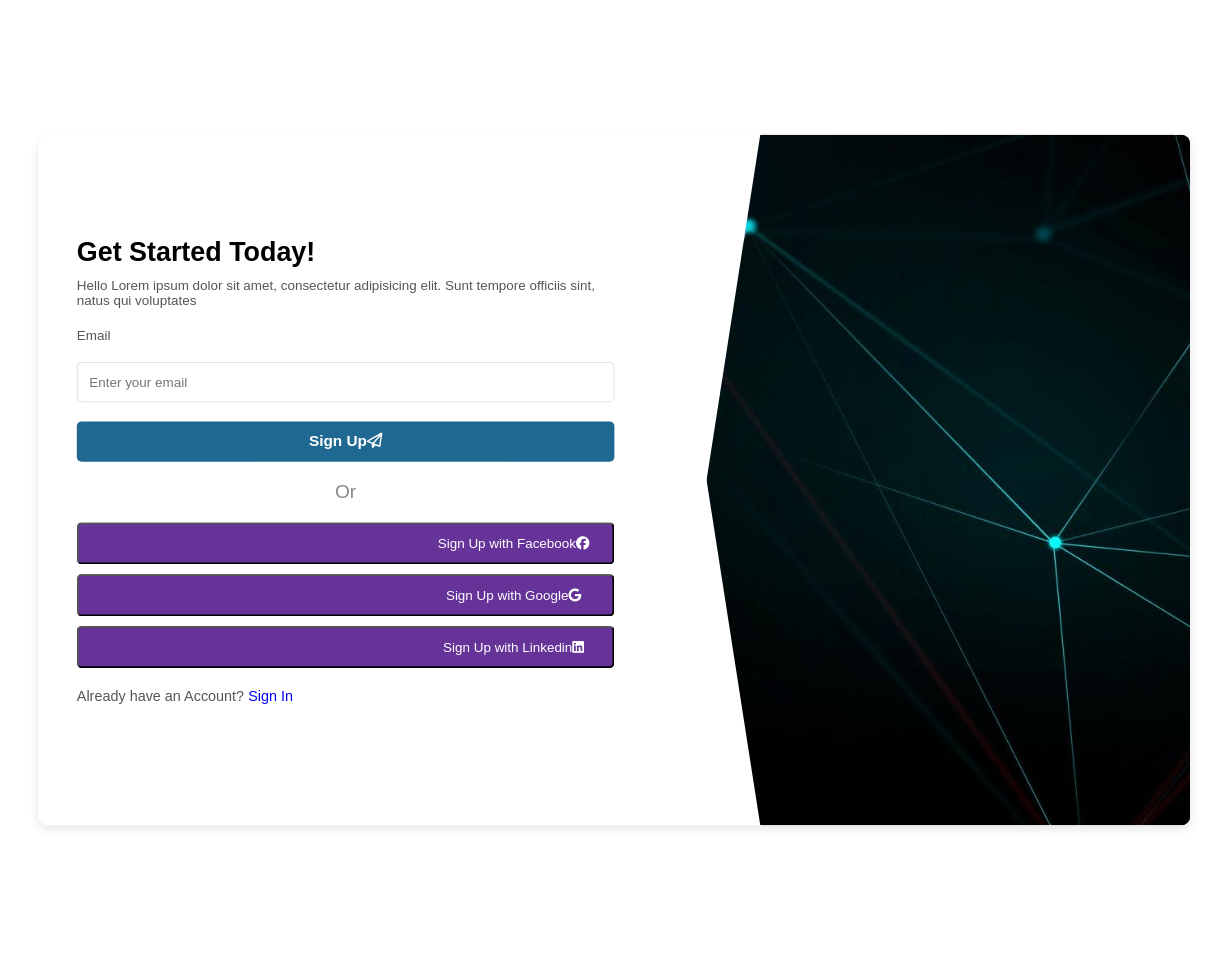
Repository: Femi007-gh/Login-V2
Page: index.html
An editor plug-in stored every save of this project. The page is shown before and after the next save, followed by the edit.
The browser window is 1280 px wide. The pictures show the whole page, at 96% of full size.

Above is the page before, as saved 2025-01-27 10:39:01.

After the next save:
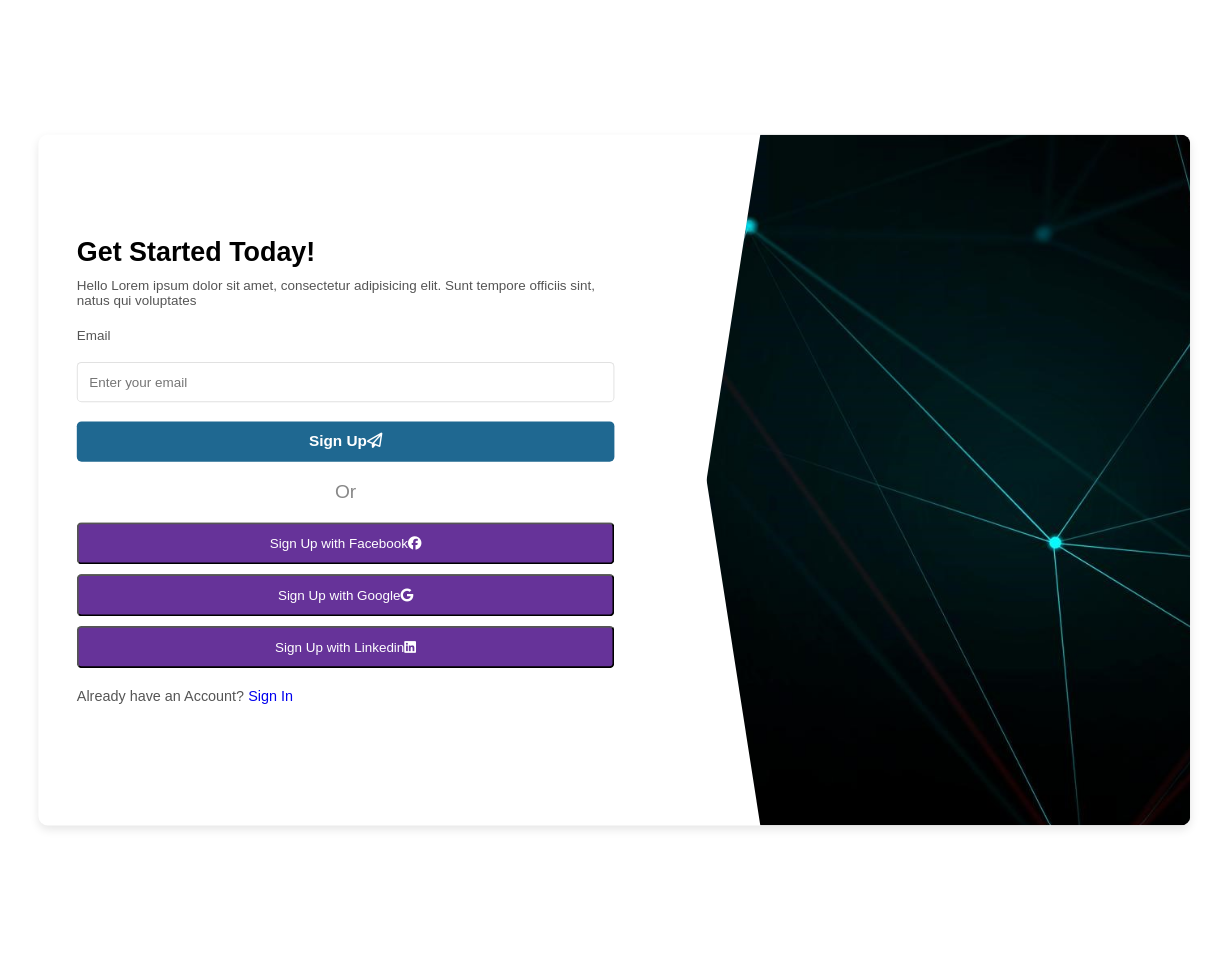
Saved 16 s later.
--- a/style.css
+++ b/style.css
@@ -111,6 +111,3 @@ p {
   clip-path: polygon(20% 0%, 100% 0%, 100% 100%, 20% 100%, 10% 50%);
   height: 100vh; /* Adjust height as needed */
 }
-.fa-brands {
-  margin-right: -350px;
-}
